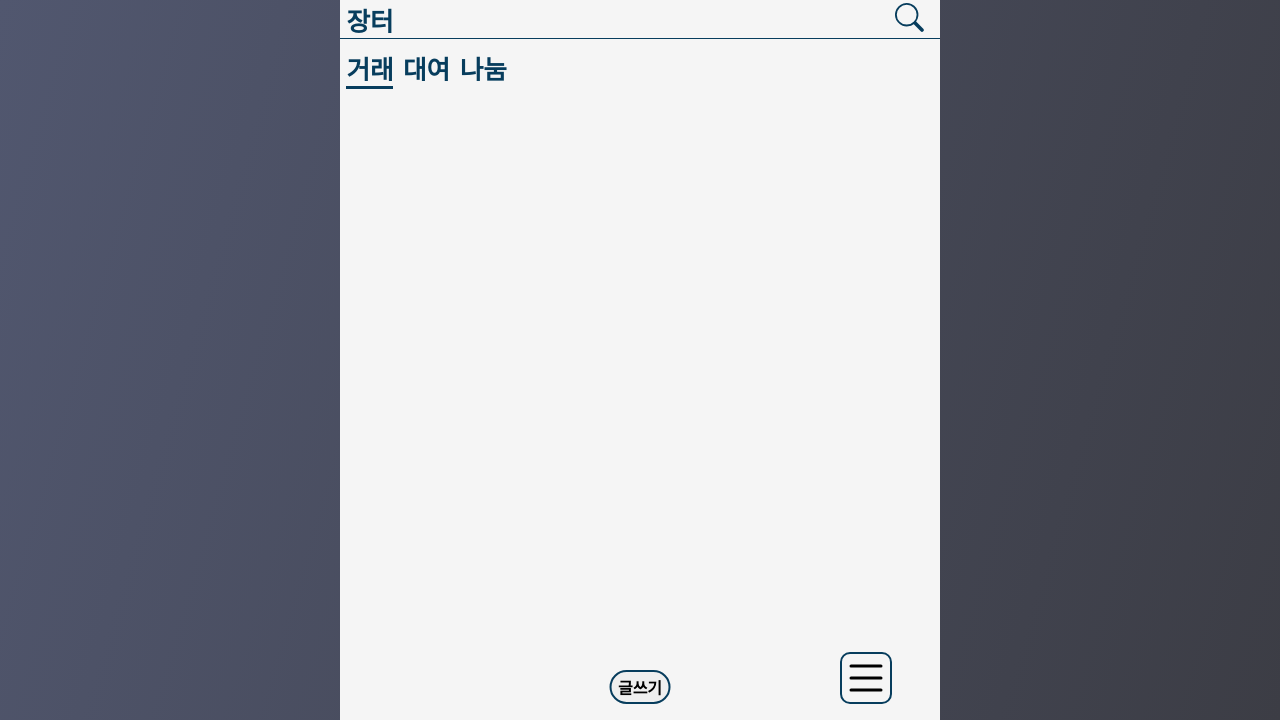
Repository: SeungYn/hanium
Page: /trade/trade
These files come from the project's save history. The page is drawn as it stood at one moment and after the next save; the edit follows.
The browser window is 1280 px wide. The pictures show the whole page.
The page's requests for data from a server got no answer. The project was rebuilt for these pictures with package versions that can differ from the ones it lists, and the page was loaded fresh each time. No one was signed in, and anything a server would have sent is missing. Also part of the build but not shown: src/App.css, src/components/Chat/ChatHeader/ChatHeader.module.css, src/components/Chat/ChatHeader/ChatHeader.jsx, src/components/Chat/ChatPeoples/ChatPeoples.jsx, src/components/Chat/ChatSideBar/ChatSideBar.module.css, src/components/Chat/ChatSideBar/ChatSideBar.jsx, src/components/ReadPopup/ReadPopup.module.css, src/components/ReadPopup/ReadPopup.jsx and 26 more.

Above is the page before, as saved 2022-11-21 13:42:54.

### src/index.css
:root {
  --color-darkBlue: #073d5d;
  --color-transparent-darkBlue: #073e5d6e;
  --color-darkBlue-lignt: #0a476b;
  --color-main: #42a5f5;
  --color-bg-dark: #f5f5f5;
  --color-bg: #fdfffd;
  --color-main: #073d5d;
  --color-font: #073d5d;
  --color-font-reverse: white;
  --color-accent: #073d5d;
  --color-font-accent: white;
  --color-error-bg: rgba(173, 173, 173, 0.401);
  --color-popup-bg: white;
  --color-white: white;
  --color-shadow: rgba(67, 67, 67, 0.401);
  --color-border: #0a476b;
  /* 사이즈 */
  --font-size-very-large: 1.8rem;
  --font-size-small-large: 1.6rem;
  --font-size-medium: 1.4rem;
  --font-size-small-medium: 1.2rem;
  --font-size-small: 1rem;
  --font-header-icon: 1.8rem;
  --font-icon-arrow: 5rem;
  --font-mobile-medium: 1rem;
  --img-slider-height: 30rem;

  /* 패딩 마진 사이즈 */
  --padding-side: 0.8rem;
  --padding-top-bottom: 0.6rem;
  --padding-bottom: 0.6rem;
  --margin-bottom: 0.6rem;
}

* {
  box-sizing: border-box;
}

html,
body {
  height: 100%;
  width: 100%;
  margin: 0;
  background: rgb(81, 87, 111);
  background: linear-gradient(
    106deg,
    rgba(81, 87, 111, 1) 0%,
    rgba(60, 61, 69, 1) 100%
  );
  accent-color: var(--color-accent);
}
a {
  text-decoration: none;
  color: var(--color-font);
}
ul {
  padding: 0;
  margin: 0;
  list-style: none;
}
#root {
  height: 100vh;
  width: 100%;
  max-width: 600px;
  background-color: var(--color-bg-dark);
  margin: auto;
  display: flex;
  flex-direction: column;

  position: relative;
  overflow: hidden;
}

button {
  cursor: pointer;
}
body {
  margin: 0;
  font-family: -apple-system, BlinkMacSystemFont, 'Segoe UI', 'Roboto', 'Oxygen',
    'Ubuntu', 'Cantarell', 'Fira Sans', 'Droid Sans', 'Helvetica Neue',
    sans-serif;
  -webkit-font-smoothing: antialiased;
  -moz-osx-font-smoothing: grayscale;
}

code {
  font-family: source-code-pro, Menlo, Monaco, Consolas, 'Courier New',
    monospace;
}

p {
  margin: 0;
}

h1,
h2,
h3,
h4 {
  margin: 0;
}

### src/context/AuthContext.jsx
import {
  createContext,
  createRef,
  useCallback,
  useContext,
  useEffect,
  useImperativeHandle,
  useMemo,
  useState,
} from 'react';
import ReadPopup from '../components/ReadPopup/ReadPopup';

import Login from '../pages/login/Login';

const AuthContext = createContext({});

const contextRef = createRef();

export function AuthProvider({
  authService,
  authErrorEventBus,
  children,
  tokenStorage,
}) {
  const [user, setUser] = useState(1);
  const [error, setError] = useState(null);

  const context = useMemo(
    () => ({ error, setError, user }),
    [user, error, setError]
  );

  const onLogin = async ({ loginId, password }) => {
    await authService
      .headerTokenLogin(loginId, password)
      .then((data) => {
        console.log(data);
        tokenStorage.saveUser({
          memberId: data.memberId,
          nickname: data.nickname,
        });
        setUser({ memberId: data.memberId, nickname: data.nickname });
        console.log(tokenStorage.getUser());
        return;
      })
      .catch((error) => {
        setError(error);
      });
  };

  const logout = useCallback(
    async () =>
      await authService.logout().then(() => {
        setUser(undefined);
      }),
    [authService]
  );

  useEffect(() => {
    authErrorEventBus.listen((err) => {
      setUser(undefined);
      authService.logout();
    });
  }, [authErrorEventBus]);

  useEffect(() => {
    if (tokenStorage.getUser()) {
      setUser({ ...tokenStorage.getUser() });

      //nav('/');
    }

    //setUser({ token: localStorage.getItem('TOKEN') });
  }, []);

  return (
    <AuthContext.Provider value={context}>
      {user ? (
        children
      ) : (
        <>
          {error && (
            <ReadPopup content={error} onHandler={setError} type={'error'} />
          )}
          <Login
            authService={authService}
            onLogin={onLogin}
            setError={setError}
          />
        </>
      )}
    </AuthContext.Provider>
  );
}

export class AuthErrorEventBus {
  listen(callback) {
    this.callback = callback;
  }
  notify(error) {
    this.callback(error);
  }
}

export default AuthContext;
export const fetchToken = () => contextRef.current;
export const useAuth = () => useContext(AuthContext);

### src/pages/firstPage/FirstPage.jsx
import React, { useEffect, useState } from 'react';
import { GroupCategory } from '../../components/GroupCategory/GroupCategory';
import { GroupMaker } from '../../components/GroupMaker/GroupMaker';
import { FaUserFriends, FaPen } from 'react-icons/fa';
import { FiPlayCircle } from 'react-icons/fi';
import Groups from '../../components/Groups/Groups';
import styles from './FirstPage.module.css';
import { useAuth } from '../../context/AuthContext';
import { useNavigate } from 'react-router-dom';
import TextBtn from '../../components/common/TextBtn/TextBtn';

const types = [
  { type: 'study', koName: '공부', icon: <FaPen /> },
  { type: 'hobby', koName: '취미', icon: <FiPlayCircle /> },
  { type: 'friend', koName: '친구', icon: <FaUserFriends /> },
];
export default function FirstPage({ groupService, groupDisplay }) {
  const [filterType, setFilterType] = useState(types[0]);
  const [makeActive, setMakeActive] = useState(false);
  const { error, setError } = useAuth();
  const [groups, setGroups] = useState([]);
  const navigate = useNavigate();

  const HandlerGroupMake = (clubName, maximumCount, clubType) => {
    console.log(clubName, maximumCount, clubType);
    groupService
      .makeGroup(clubName, maximumCount, clubType)
      .then((data) => {
        console.log(data);
      })
      .catch((e) => setError(e));
    setMakeActive(false);
  };

  const HandlerGroupJoin = (groupId) => {
    groupService
      .joinGroup(groupId)
      .then((data) => {
        console.log(data);
        navigate('/chat', { state: { data } });
      })
      .catch((e) => setError(e));
  };

  useEffect(() => {
    groupService
      .getGroupByType(filterType.type)
      .then((data) => {
        console.log(data);
        setGroups([...data]);
      })
      .catch((error) => {
        console.log(error);
        setError(error);
      });
  }, [groupService, filterType]);

  return (
    <>
      <GroupCategory
        type={filterType}
        types={types}
        onTypeChange={(filter) => setFilterType(filter)}
      />
      <Groups groups={groups} HandlerGroupJoin={HandlerGroupJoin} />
      <button
        className={styles.makerBtn}
        onClick={() => setMakeActive((t) => !t)}
      >
        그룹 만들기
      </button>
      <GroupMaker
        makeActive={makeActive}
        onMakeActiveHandler={() => setMakeActive((t) => !t)}
        onMakeGroupHandler={HandlerGroupMake}
        types={types}
      />
    </>
  );
}

### src/pages/Root.jsx
import React from 'react';
import { Outlet, useLocation } from 'react-router-dom';
import Header from '../components/Header/Header';
import Navbar from '../components/Navbar/Navbar';
import ReadPopup from '../components/ReadPopup/ReadPopup';
import TradeCategory from '../components/Trade/TradeCategory/TradeCategory';
import { useAuth } from '../context/AuthContext';

export default function Root({ routes }) {
  const location = useLocation();
  console.log(location.pathname);
  let { name } = routes.find((r) => r.path === location.pathname) ?? {
    name: 'detail',
  };

  // name = location.pathname.includes('detail') ? 'detail' : name;
  // console.log(name !== 'detail');
  const { nodeRef } = routes.find((r) => r.path === location.pathname) ?? {};
  const { error, setError } = useAuth();

  return (
    <>
      {error && (
        <ReadPopup content={error} onHandler={setError} type={'error'} />
      )}
      {!['채팅', '그룹검색', 'detail', '장터검색'].includes(name) && (
        <Header name={name} />
      )}

      {name === '장터' && <TradeCategory />}
      <Outlet />
      {!['채팅', 'detail', '장터검색'].includes(name) && <Navbar />}
    </>
  );
}

### src/pages/TradePage/TradePage.jsx
import { DataArrayTwoTone } from '@mui/icons-material';
import React, { useState } from 'react';
import { useEffect } from 'react';
import { useLocation, useNavigate, useParams } from 'react-router-dom';
import TradeItem from '../../components/Trade/TradeItem/TradeItem';
import { TradeMaker } from '../../components/Trade/TradeMaker/TradeMaker';
import UpPageToggleBtn from '../../components/UpPageToggleBtn/UpPageToggleBtn';
import { useAuth } from '../../context/AuthContext';
import styles from './TradePage.module.css';

export default function TradePage({ tradeService, type }) {
  const [makeActive, setMakeActive] = useState(false);
  const { error, setError } = useAuth();
  const [loading, setLoading] = useState(false);
  const [tradeItem, setTradeItem] = useState([]);
  const navigate = useNavigate();
  const HandleMoveToDetailpageById = (itemId) => {
    return navigate(`/trade/detail/${itemId}`);
  };

  const HandlePost = (form) => {
    console.log(form);
    tradeService
      .postItem(form)
      .then((data) => console.log(data))
      .catch((e) => console.log(e));
  };

  useEffect(() => {
    console.log(type);

    //타입으로 목록가져오기
    tradeService.getItemListByType(type).then((data) => {
      console.log(data);
      setTradeItem([...data]);
    });
  }, [tradeService, type]);

  return (
    <>
      <main className={styles.body}>
        <ul className={styles.items}>
          {tradeItem &&
            tradeItem.map((item) => (
              <TradeItem
                key={item.id}
                HandleMoveToDetailpageById={HandleMoveToDetailpageById}
                item={item}
              />
            ))}
        </ul>
        <UpPageToggleBtn
          name={'글쓰기'}
          HandleClick={() => setMakeActive((t) => !t)}
        />
      </main>
      <TradeMaker
        makeActive={makeActive}
        onMakeActiveHandler={() => setMakeActive((t) => !t)}
        HandlePost={HandlePost}
      />
    </>
  );
}

### src/components/Trade/TradeMaker/TradeMaker.module.css
.container {
  position: absolute;
  width: 100%;
  height: 100%;
  top: 100%;
  opacity: 0;
  transition: all 0.3s ease-in;
  background-color: var(--color-bg);
  display: flex;
  flex-direction: column;
  z-index: 1000;
  overflow-y: auto;
}

header {
  position: sticky;
  top: 0;
  background-color: var(--color-bg);
}

.checkBox {
  font-size: var(--font-size-medium);
  display: flex;
  padding: 0.6rem 0.6rem;
  width: 100%;
}

.checkBox label {
  font-size: 1.4rem;
  margin-right: 0.8rem;
  display: flex;
  align-items: center;
  cursor: pointer;
}

input[type='radio'] {
  margin: 0;
}

.form {
  height: 100%;
  display: flex;
  flex-direction: column;
}

.title {
  border: none;
  outline: none;
  font-size: var(--font-size-small-large);
  padding: 0.8rem 0.6rem;
  border-bottom: 1px solid var(--color-border);
}

.textarea {
  font-size: var(--font-size-medium);
  max-height: 40%;
  border: none;
  outline: none;
  padding: 0.8rem 0.6rem;
  overflow: auto;
}

.prevImgs {
  display: flex;
  flex-wrap: wrap;
  gap: 1rem;
  justify-content: center;
}

.prevImg {
  flex: 0 0 45%;
  height: 15rem;
  border: 1px solid var(--color-border);
  border-radius: 2rem;
  overflow: hidden;
  position: relative;
  box-shadow: 15px 17px 30px -22px rgba(0, 0, 0, 0.67);
  -webkit-box-shadow: 15px 17px 30px -22px rgba(0, 0, 0, 0.67);
  -moz-box-shadow: 15px 17px 30px -22px rgba(0, 0, 0, 0.67);
}

.imgDelete {
  position: absolute;

  display: block;
  width: 100%;
  background-color: var(--color-bg);
  text-align: right;
  padding: 0 2rem;
}

.Img {
  width: 100%;
  height: 100%;
}

.fileBtn {
  display: none;
}

.appear {
  top: 0%;
  opacity: 1;
}

.disappear {
  top: 100%;
  opacity: 0;
}

footer {
  position: sticky;
  bottom: 0;
  background-color: var(--color-bg);
}

### src/components/Header/Header.jsx
import React from 'react';
import styles from './Header.module.css';
import { BsSearch } from 'react-icons/bs';
import IconBtn from '../common/IconBtn/IconBtn';
import { useNavigate } from 'react-router-dom';

export default function Header({ name }) {
  const navigate = useNavigate();

  const handleNavigate = (name) => {
    switch (name) {
      case '그룹':
        return navigate('/searchGroup');
      case '장터':
        return navigate('/trade/trade');
      default:
        return;
    }
  };
  return (
    <header className={styles.header}>
      <h3 className={styles.title}>{name}</h3>
      <IconBtn handleClick={() => handleNavigate(name)}>
        <BsSearch />
      </IconBtn>
    </header>
  );
}

### src/components/Navbar/Navbar.jsx
import React, { useRef, useState } from 'react';
import { NavLink } from 'react-router-dom';
import styles from './Navbar.module.css';
import { AiOutlineHome } from 'react-icons/ai';
import { BsList, BsPerson } from 'react-icons/bs';
import { IoChatbubbleOutline } from 'react-icons/io5';
import { IconContext } from 'react-icons';

const contents = [
  { path: '/main', name: '홈', iconComponent: <AiOutlineHome /> },
  { path: '/group', name: '그룹', iconComponent: <BsList /> },
  { path: '/myGroup', name: '내 그룹', iconComponent: <BsList /> },
  { path: '/trade/trade', name: '장터', iconComponent: <BsList /> },
  { path: '/myInfo', name: '내 정보', iconComponent: <BsPerson /> },
];

export default function Navbar() {
  //버튼 클릭시 넷바 위로 나타내기
  const navMenuRef = useRef();
  const btnRef = useRef();
  const [navToggle, setNavToggle] = useState(false);

  const handleBtn = (e) => {
    setNavToggle((t) => {
      if (t) btnRef.current.style.transform = 'rotate(0deg)';
      else btnRef.current.style.transform = 'rotate(30deg)';

      return !t;
    });
  };

  return (
    <nav className={styles.nav}>
      <IconContext.Provider value={{ className: styles.reactIcon }}>
        <div
          ref={navMenuRef}
          className={`${styles.navMenu} ${
            navToggle ? styles.navAppear : styles.navDisappear
          }`}
        >
          {contents.map(({ path, name, iconComponent }) => (
            <NavLink
              key={path}
              to={path}
              className={({ isActive }) =>
                isActive
                  ? `${styles.active} ${styles.link}`
                  : `${styles.unactive} ${styles.link}`
              }
            >
              {iconComponent}
              <span className={styles.text}>{name}</span>
            </NavLink>
          ))}
        </div>
      </IconContext.Provider>
      <button ref={btnRef} className={styles.btn} onClick={handleBtn}>
        <BsList />
      </button>
    </nav>
  );
}

### src/components/Trade/TradeCategory/TradeCategory.jsx
import React from 'react';
import { NavLink, useNavigate } from 'react-router-dom';
import { tradeCategory } from '../../../meta/trade/tradeMetaData';
import styles from './TradeCategory.module.css';

export default function TradeCategory() {
  const navigate = useNavigate();
  return (
    <nav className={styles.categories}>
      {tradeCategory.map((item, i) => (
        <NavLink
          key={i}
          to={`/trade/${item.typeEn}`}
          className={({ isActive }) =>
            isActive
              ? `${styles.active} ${styles.category}`
              : `${styles.unactive} ${styles.category}`
          }
        >
          {item.typeKo}
        </NavLink>
      ))}
    </nav>
  );
}

### src/components/UpPageToggleBtn/UpPageToggleBtn.jsx
import React from 'react';
import styles from './UpPageToggleBtn.module.css';

export default function UpPageToggleBtn({ name, HandleClick }) {
  return (
    <button className={styles.makerBtn} onClick={() => HandleClick()}>
      {name}
    </button>
  );
}

### src/pages/TradePage/TradePage.module.css
.body {
  height: 100%;
  position: relative;
  overflow: hidden;
}

.makerBtn {
  position: absolute;
  bottom: 1rem;
  left: 50%;
  transform: translateX(-50%);
  padding: 0.2rem 0.4rem;
  font-size: var(--font-size-small);
  font-weight: bold;
}

.items {
  height: 100%;
  overflow-y: auto;
  display: flex;
  flex-direction: column;
}

### src/components/common/IconBtn/IconBtn.jsx
import React from 'react';
import { IconContext } from 'react-icons';
import styles from './IconBtn.module.css';

export default function IconBtn({ children, handleClick }) {
  return (
    <button className={styles.btn} onClick={handleClick}>
      <IconContext.Provider value={{ className: styles.icon }}>
        {children}
      </IconContext.Provider>
    </button>
  );
}

### src/components/Header/Header.module.css
.header {
  display: flex;
  justify-content: space-between;
  background-color: transparent;
  padding: 0 0.4rem;
  align-items: center;
  border-bottom: 1px solid var(--color-darkBlue);
  margin-bottom: var(--margin-bottom);
}

.title {
  margin: 0;
  font-size: var(--font-size-small-large);
  color: var(--color-darkBlue);
}

.searchBtn {
  border: none;
}

.searchBtn:hover {
  border: none;
  color: none;
  background-color: none;
}

.searchBtn:hover {
}

.icon {
  font-size: var(--font-size-small-large);
}

### src/components/Navbar/Navbar.module.css
.nav {
  position: absolute;
  bottom: 1rem;
  right: 1rem;
  font-size: var(--font-size-medium);
  text-align: center;
  display: flex;
  flex-direction: column;
  justify-content: end;

  align-items: center;
  height: 50%;
}

.link {
  display: flex;
  align-items: center;
}

.link:hover {
  color: var(--color-font-accent);
  background-color: var(--color-accent);
}

.active {
  color: var(--color-font-accent);
  background-color: var(--color-accent);
}

.unactive {
  color: var(--font-accent);
  background-color: var(--color-bg);
}

.navMenu {
  /* opacity: 0;
  pointer-events: none;
  transition: all 0.1s ease-out; */

  transition: height 0.3s ease-in;
  overflow: hidden;
  height: 0%;
  display: flex;
  flex-direction: column;
  justify-content: end;
}

.navAppear {
  height: 100%;
}

.navDisappear {
  height: 0%;
}

.reactIcon {
  font-size: 4rem;
}

.btn {
  padding: 0;
  transition: all 0.1s ease-in;
  font-size: 3rem;
  display: flex;
  align-items: center;
  background: none;
  outline: none;
  border: 2px solid var(--color-main);
  border-radius: 10px;
}
.text {
  display: block;
  font-weight: bold;
  text-align: left;
}

/* @keyframes listUp {
  0% {
    height: 0%;
  }
  50% {
    height: 50%;
  }
  100% {
    height: 100%;
  }
} */

@media screen and (max-height: 800px) {
  .reactIcon {
    font-size: 3rem;
  }
}

### src/components/Trade/TradeCategory/TradeCategory.module.css
.categories {
  display: flex;
  padding: 0 0.4rem;
  padding-bottom: var(--padding-bottom);
}

.category {
  font-size: var(--font-size-small-large);
  cursor: pointer;
  font-weight: bold;
  color: var(--color-darkBlue);
}

.category:not(:first-child) {
  margin-left: 0.6rem;
}

.active {
  border-bottom: 3px solid var(--color-main);
}

### src/components/UpPageToggleBtn/UpPageToggleBtn.module.css
.makerBtn {
  position: absolute;
  bottom: 1rem;
  left: 50%;
  transform: translateX(-50%);
  padding: 0.2rem 0.4rem;
  font-size: var(--font-size-small);
  font-weight: bold;
  border: 2px solid var(--color-main);
  border-radius: 20px;
}

### src/components/common/IconBtn/IconBtn.module.css
.btn {
  border: none;
  outline: none;
  outline: none;
  padding: 0.2rem 0.6rem;
  background-color: transparent;
  border: none;
  cursor: pointer;
  color: var(--color-darkBlue);
}

.btn:hover {
  color: var(--color-darkBlue);
  background-color: transparent;
}

.icon {
  font-size: var(--font-size-very-large);
  font-weight: 600;
}

Loaded but not shown: public/index.html (common file); src/service/auth.js (168 lines, source omitted); src/App.js (118 lines, source omitted); src/service/group.js (100 lines, source omitted); src/service/chat.js (84 lines, source omitted); src/network/StompDI.js (80 lines, source omitted); src/network/http.js (67 lines, source omitted); src/service/trade.js (70 lines, source omitted); src/index.js (39 lines, source omitted); src/db/token.js (31 lines, source omitted); src/meta/trade/tradeMetaData.js (5 lines, source omitted); src/components/Trade/TradeMaker/TradeMaker.jsx (193 lines, source omitted); src/components/Chat/ChatPeoples/ChatPeoples.module.css (no stored copy; drawn as an empty file)

After the next save:
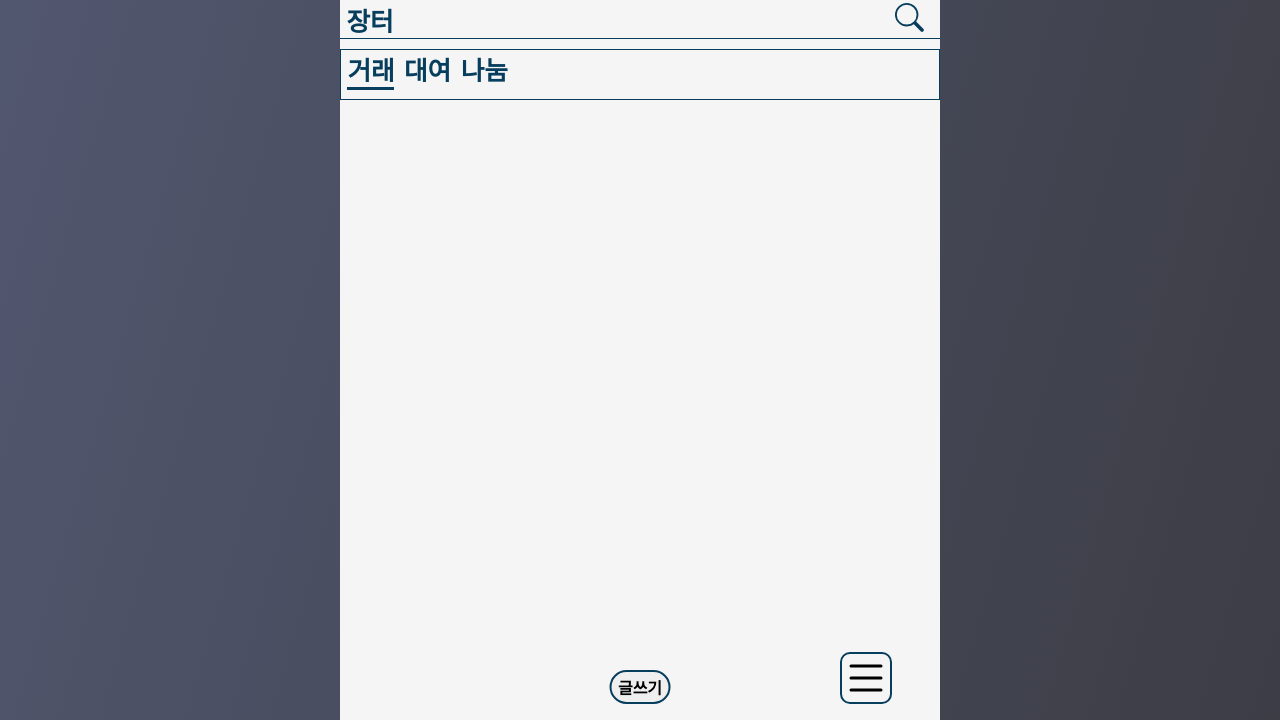
Saved 14 s later.
--- a/src/components/Trade/TradeCategory/TradeCategory.module.css
+++ b/src/components/Trade/TradeCategory/TradeCategory.module.css
@@ -2,6 +2,7 @@
   display: flex;
   padding: 0 0.4rem;
   padding-bottom: var(--padding-bottom);
+  border: 1px solid var(--color-main);
 }
 
 .category {
